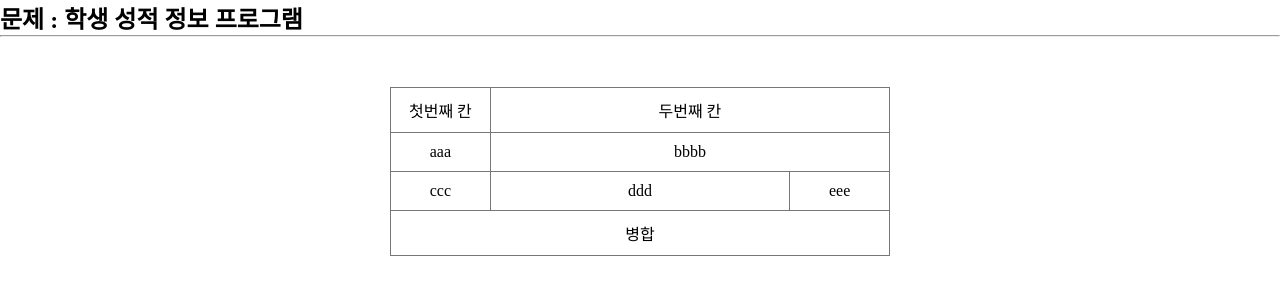
Repository: hyunh84/jsp_study
Page: http://localhost/Day02/j08_Quize01.jsp
An editor plug-in stored every save of this project. The page is shown before and after the next save, followed by the edit.
The browser window is 1280 px wide. The pictures show the whole page.
The page is served by Tomcat 9.

Above is the page before, as saved 2015-09-06 03:39:19.

After the next save:
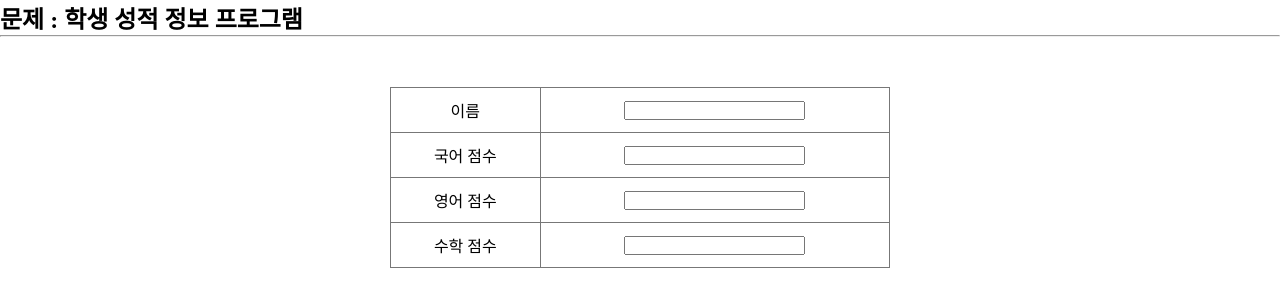
Saved 80 s later.
--- a/MyWorks/Day02/WebContent/j08_Quize01.jsp
+++ b/MyWorks/Day02/WebContent/j08_Quize01.jsp
@@ -35,26 +35,25 @@
 
 	<table style="width:500px; margin:50px auto 0;">
 		<colgroup>
-			<col style="width:20%;" />
-			<col style="width:60%;" />
-			<col style="width:20%;" />
+			<col style="width:30%;" />
+			<col style="width:70%;" />
 		</colgroup>
 		<tbody>
 			<tr>
-				<td>첫번째 칸</td>
-				<td colspan="2">두번째 칸</td>
+				<td>이름</td>
+				<td><input type="text" name="name" /></td>
 			</tr>
 			<tr>
-				<td>aaa</td>
-				<td colspan="2">bbbb</td>
+				<td>국어 점수</td>
+				<td><input type="text" name="name" /></td>
 			</tr>
 			<tr>
-				<td>ccc</td>
-				<td>ddd</td>
-				<td>eee</td>
+				<td>영어 점수</td>
+				<td><input type="text" name="name" /></td>
 			</tr>
 			<tr>
-				<td colspan="3">병합</td>
+				<td>수학 점수</td>
+				<td><input type="text" name="name" /></td>
 			</tr>
 		</tbody>
 	</table>
